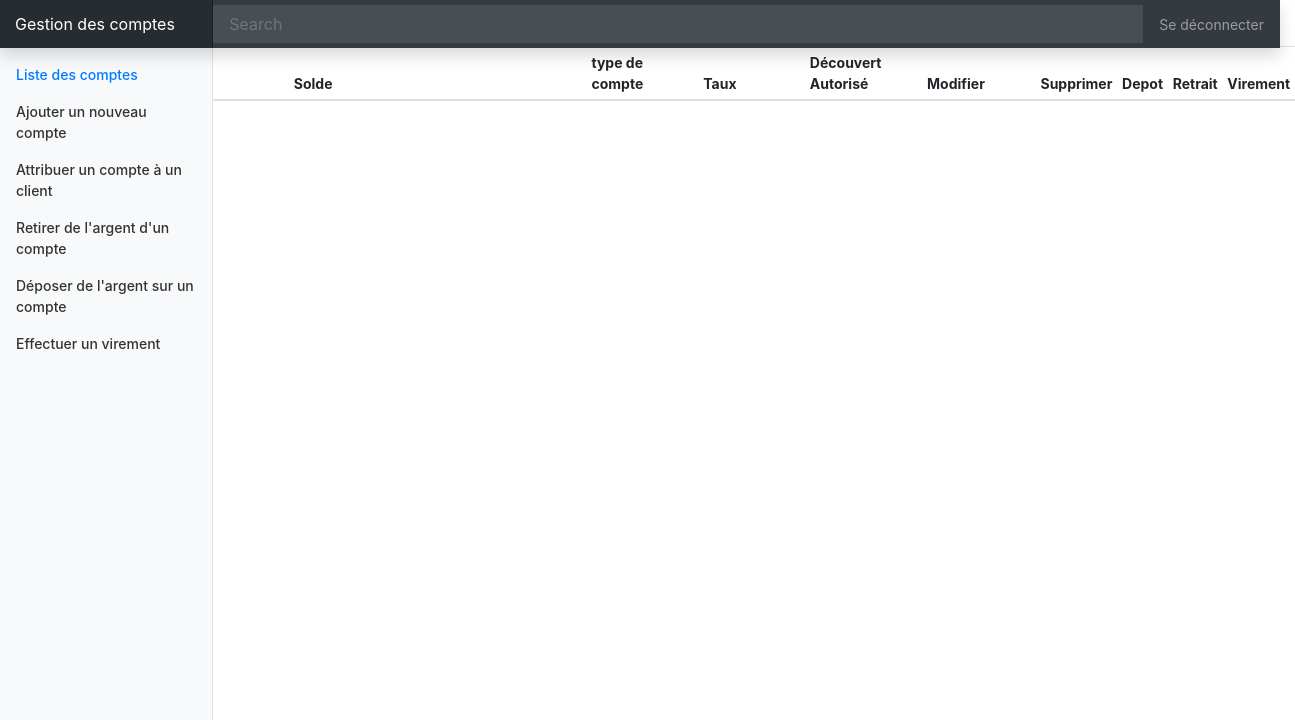
Repository: liiiseee/Projet
Page: http://localhost/02_projet_gestion_clients_compte/menu-comptes.jsp
The author's editor kept a copy of each file at every save. The page is drawn from the files as they stood at one save, then again after the next save.
The browser window is 1280 px wide. The page is 1295 px wide, so the pictures cover 1295 px, including what lies to the right of the window. The pictures show the whole page.
The page is served by Tomcat 9. The template is opened directly, without the code that normally fills it, so the values that code supplies are empty.

Above is the page before, as saved 2020-03-30 14:33:29.

After the next save:
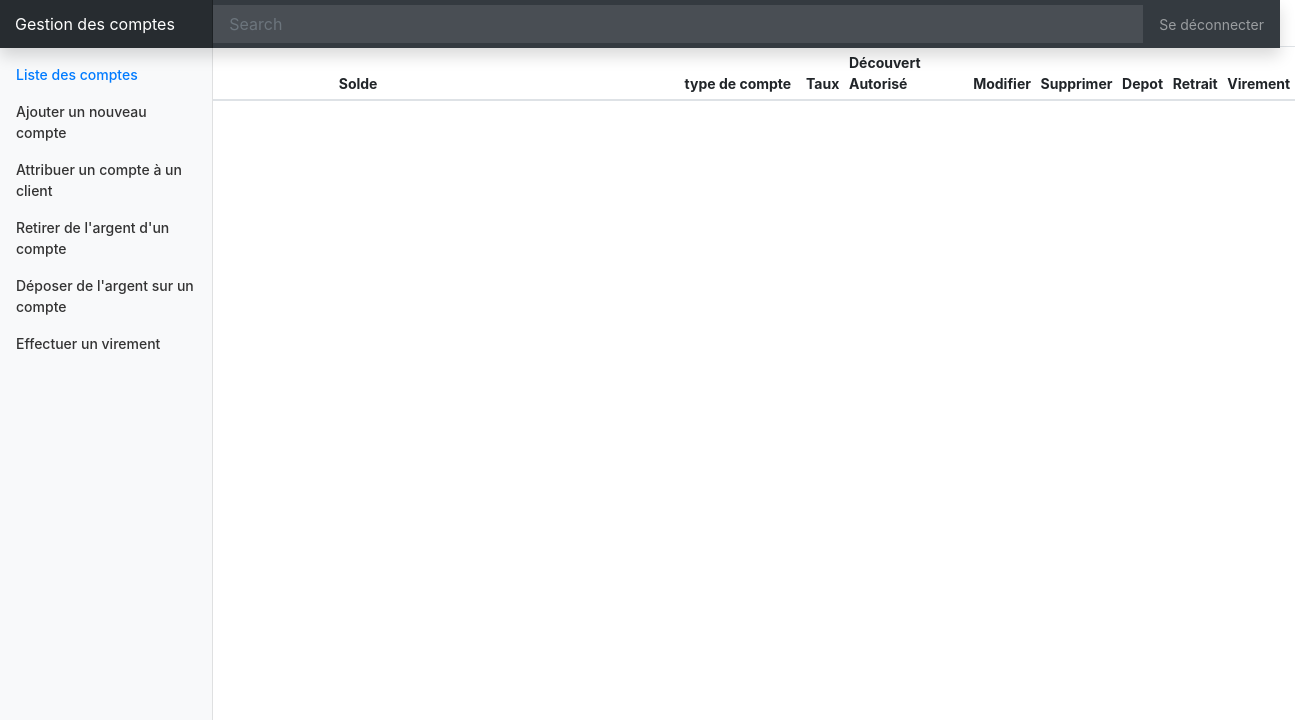
Saved 58 s later.
--- a/02_projet_gestion_clients_compte/WebContent/menu-comptes.jsp
+++ b/02_projet_gestion_clients_compte/WebContent/menu-comptes.jsp
@@ -99,7 +99,7 @@
 
    <h2>Liste des comptes</h2>
    <div class="row">
-     <div class="table-responsive">
+     <div class="table-responsive" id="table">
        <table class="table table-striped table-sm">
 
 
@@ -111,10 +111,10 @@
               	<th style="width:20%;">Id du client</th>
 	 			<th style="width:30%;">Solde</th>
 	 			<th style="width:10%;">type de compte</th>
-	 			<th style="width:10%;">Taux</th>
+	 			<th>Taux</th>
 	 			<th style="width:10%;">Découvert Autorisé</th>
-	 			<th style="width:10%;">Modifier</th>
-	 			<th style="width:10%;">Supprimer</th>
+	 			<th>Modifier</th>
+	 			<th >Supprimer</th>
 	 			<th style="width:10px;">Depot</th>
 	 			<th style="width:10px;">Retrait</th>
 	 			<th style="width:10px;">Virement</th>
